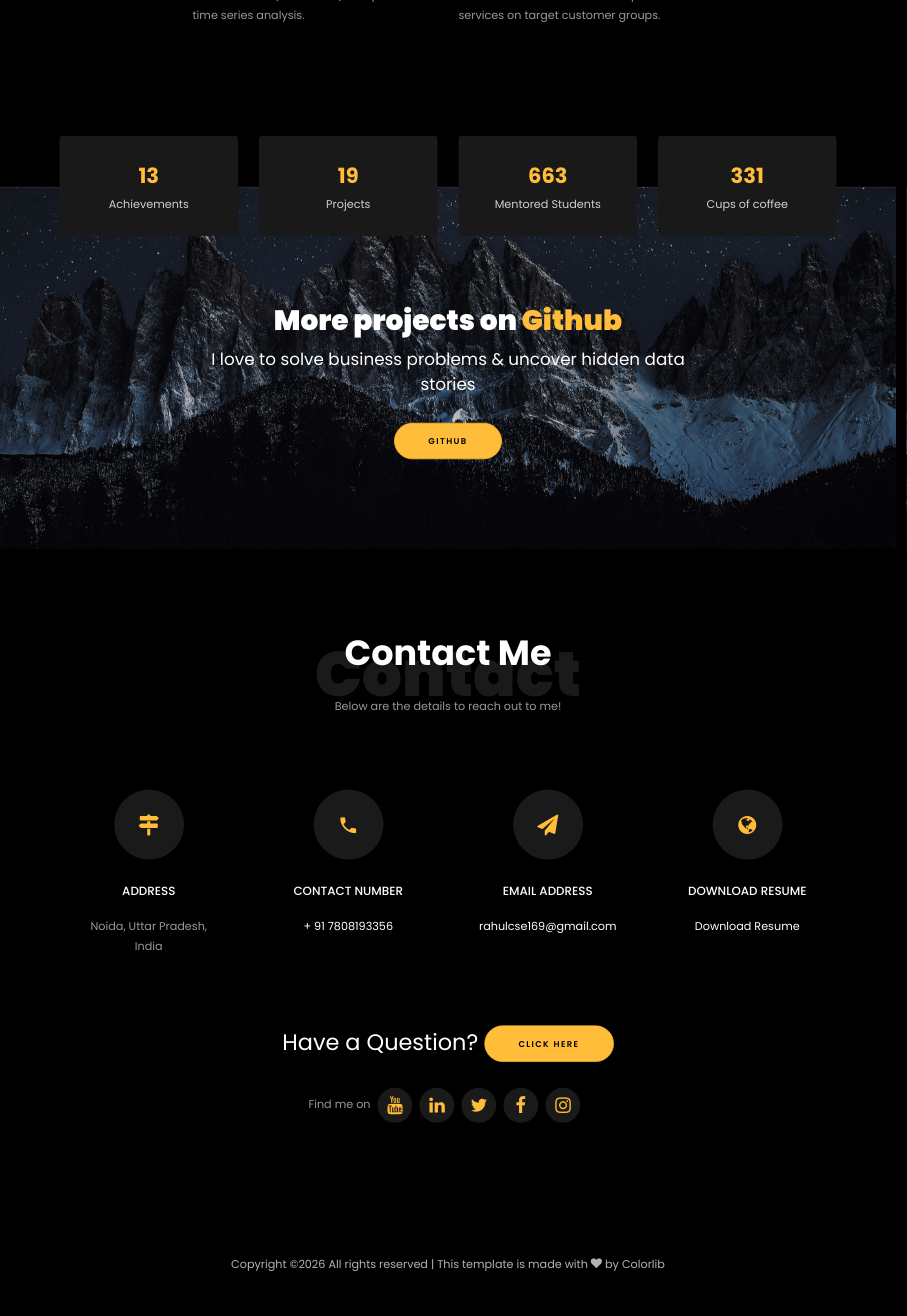
Repository: Rahul70079/Rahul-Kumar-Portfolio
Page: Portfolio/index.html
The author's editor kept a copy of each file at every save. The page is drawn from the files as they stood at one save, then again after the next save.
The browser window is 1280 px wide. The page is 1295 px wide, so the pictures cover 1295 px, including what lies to the right of the window. The pictures show the part of the page from y = 4620 to 6500 px (the page is 6569 px tall before and 6540 px after), at 70% of full size.

Above is the page before, as saved 2026-06-14 09:04:55.
Console error (its wording comes from the project's code and is left out).

After the next save:
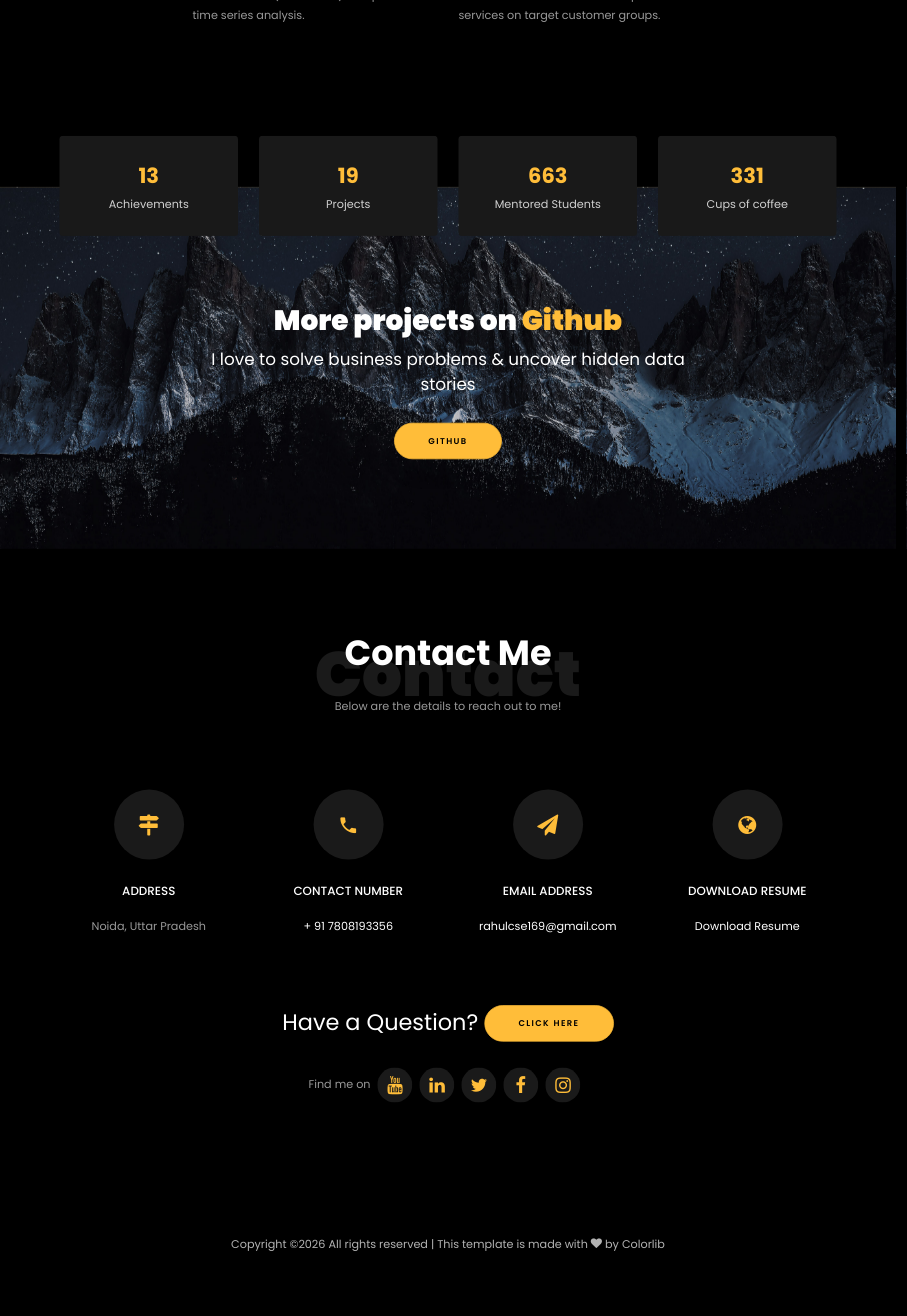
Saved 9 s later.
--- a/Portfolio/index.html
+++ b/Portfolio/index.html
@@ -554,7 +554,7 @@
           			<span class="icon-map-signs"></span>
           		</div>
           		<h3 class="mb-4">Address</h3>
-	            <p>Noida, Uttar Pradesh, India</p>
+	            <p>Noida, Uttar Pradesh</p>
 	          </div>
           </div>
           <div class="col-md-6 col-lg-3 d-flex ftco-animate">
